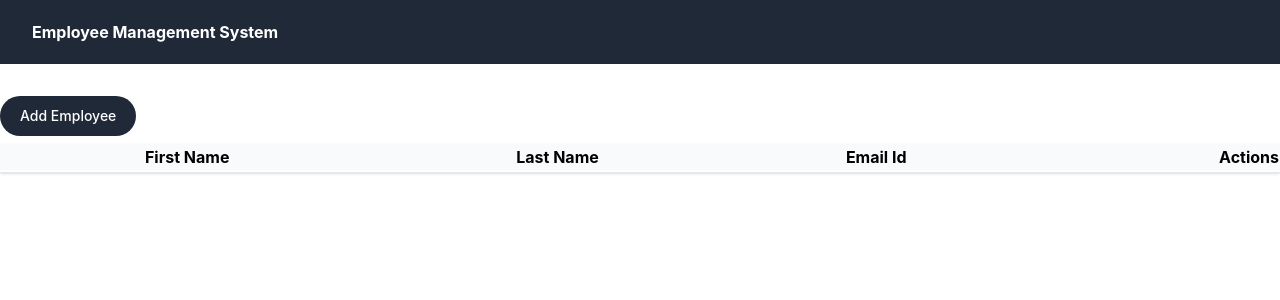
Repository: Atanu484/Full-Stack-Employee-Management-System
Page: / (app in employee-system-frontend/)
An editor plug-in stored every save of this project. The page is shown before and after the next save, followed by the edit.
The browser window is 1280 px wide. The pictures show the whole page.
The project was rebuilt for these pictures with package versions that can differ from the ones it lists, and the page was loaded fresh each time. Also part of the build but not shown: employee-system-frontend/src/App.css, employee-system-frontend/src/services/EmployeeService.js, employee-system-frontend/src/components/AddEmployee.js.

Above is the page before, as saved 2022-08-15 05:00:44.

After the next save:
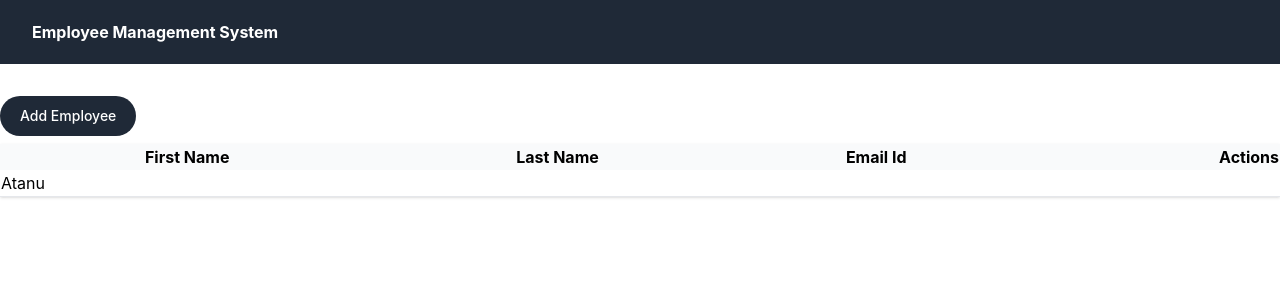
Saved 11 s later.
--- a/employee-system-frontend/src/components/EmployeeList.js
+++ b/employee-system-frontend/src/components/EmployeeList.js
@@ -18,7 +18,7 @@ const EmployeeList = () => {
                     </thead>
                     <tbody className='bg-white'>
                         <tr>
-                            <td>  </td>
+                            <td>Atanu</td>
                             <td>  </td>
                             <td>  </td>
                             <td>  </td>
